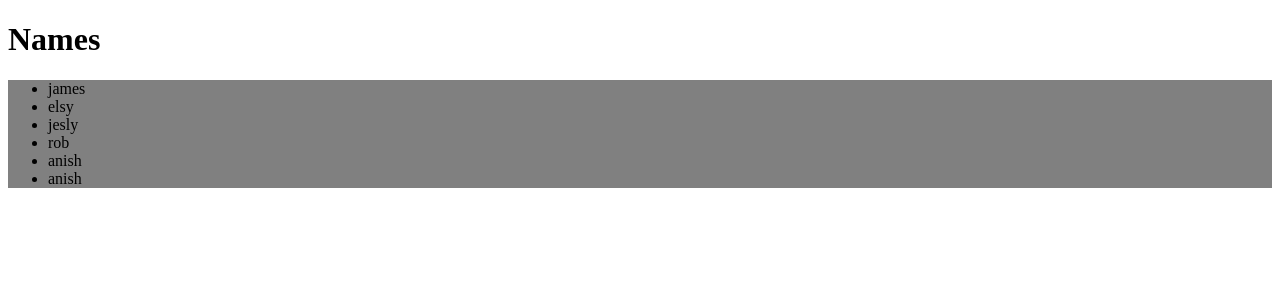
Repository: Akhilanishith/phpprojectgh
Page: http://localhost/names.php
An editor plug-in stored every save of this project. The page is shown before and after a run of saves, followed by the edit.
The browser window is 1280 px wide. The pictures show the whole page.
The page is run by PHP 8.4 with error messages shown; the project is at /var/www/html/.

Above is the page before, as saved 2022-12-14 12:40:58.

After the next 3 saves:
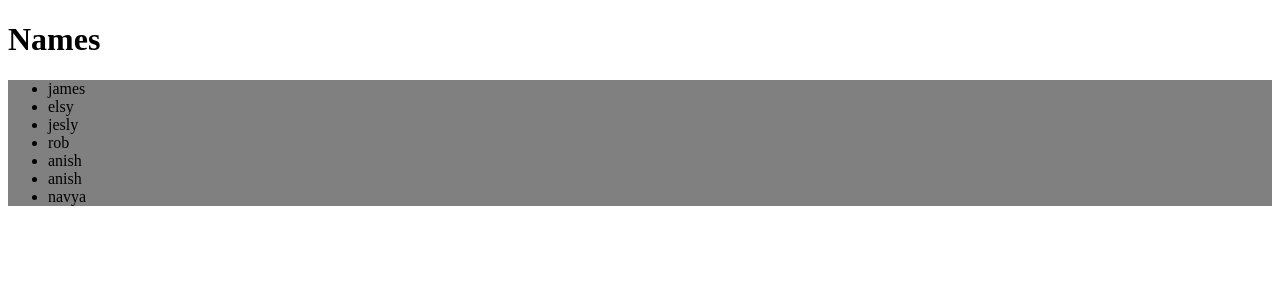
The 3 saves are shown as one change because they came seconds apart.
The last was saved 13 s later.
--- a/names.php
+++ b/names.php
@@ -1,5 +1,5 @@
 <?php
-$names=['james','elsy', 'jesly','rob','anish','anish',];
+$names=['james','elsy', 'jesly','rob','anish','anish','navya'];
 ?>
 
 
